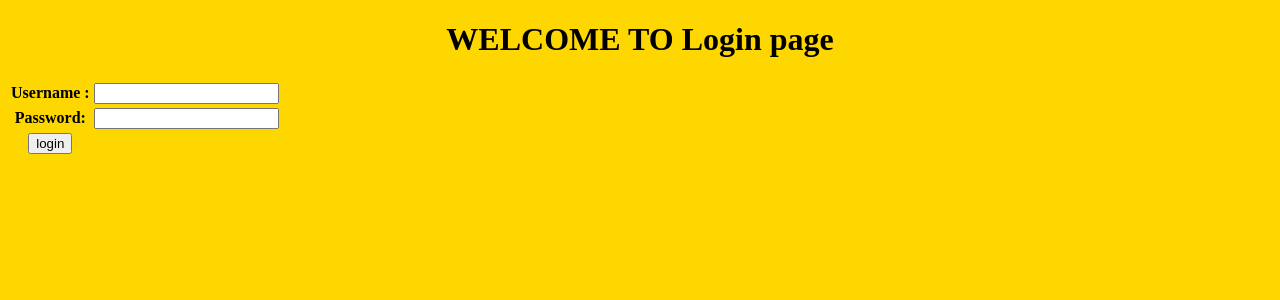
Repository: talkgunish/JAVA-WORLD
Page: advance_java/my_eclipse_java_proj/cookie_session/Filter/WebContent/WEB-INF/login.html
These files come from the project's save history. The page is drawn as it stood at one moment and after the next save; the edit follows.
The browser window is 1280 px wide. The pictures show the whole page.

Above is the page before, as saved 2018-06-20 12:41:01.

### advance_java/my_eclipse_java_proj/cookie_session/Filter/WebContent/WEB-INF/login.html
<!DOCTYPE html>
<html>
<head>
<meta charset="ISO-8859-1">
<title>Insert title here</title>
</head>
<body bgcolor='gold' align='center'>
<form action='login' method='post'>

<h1>WELCOME TO Login page</h1>
<table>
<tr><th>Username :</th>
<td> <input type="text" name="username"></td></tr>
<tr><th>Password: </th>
<td><input type="password" name='password'></td></tr>
<tr><td><input type="submit" value="login"></td></tr>
</table>
</form>

</body>
</html>

After the next save:
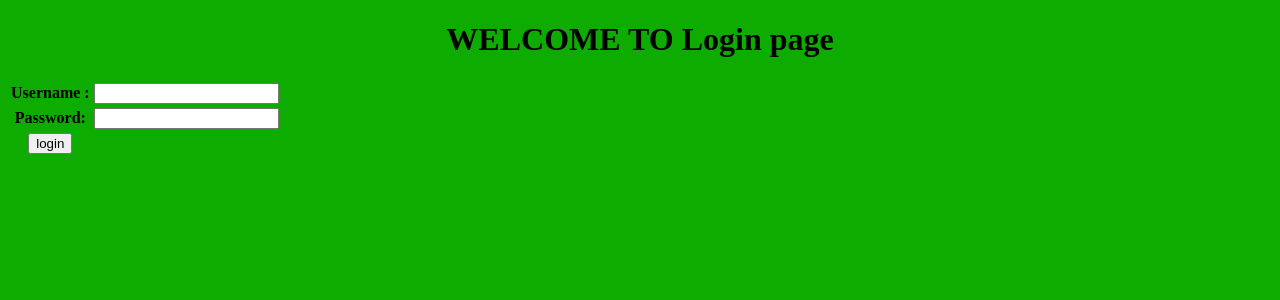
Saved 102 s later.
--- a/advance_java/my_eclipse_java_proj/cookie_session/Filter/WebContent/WEB-INF/login.html
+++ b/advance_java/my_eclipse_java_proj/cookie_session/Filter/WebContent/WEB-INF/login.html
@@ -4,7 +4,7 @@
 <meta charset="ISO-8859-1">
 <title>Insert title here</title>
 </head>
-<body bgcolor='gold' align='center'>
+<body bgcolor='peach' align='center'>
 <form action='login' method='post'>
 
 <h1>WELCOME TO Login page</h1>
